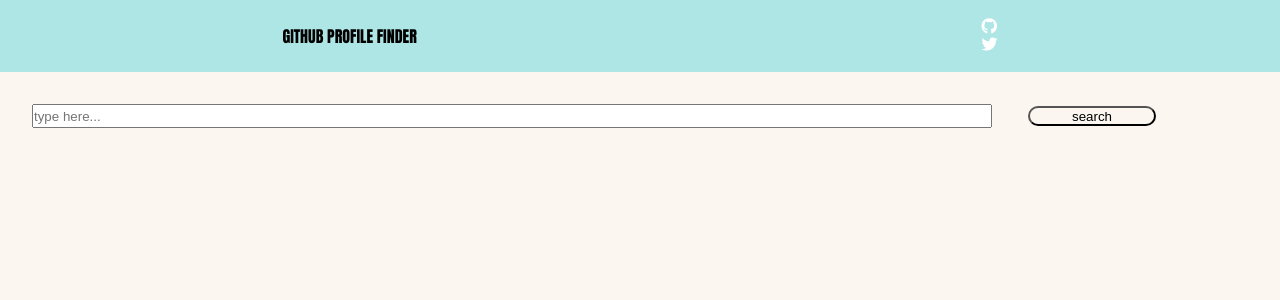
Repository: nilesjamex/githubprofilefinder
Page: index.html
These files come from the project's save history. The page is drawn as it stood at one moment and after the next save; the edit follows.
The browser window is 1280 px wide. The pictures show the whole page.

Above is the page before, as saved 2020-11-18 23:26:10.

After the next save:
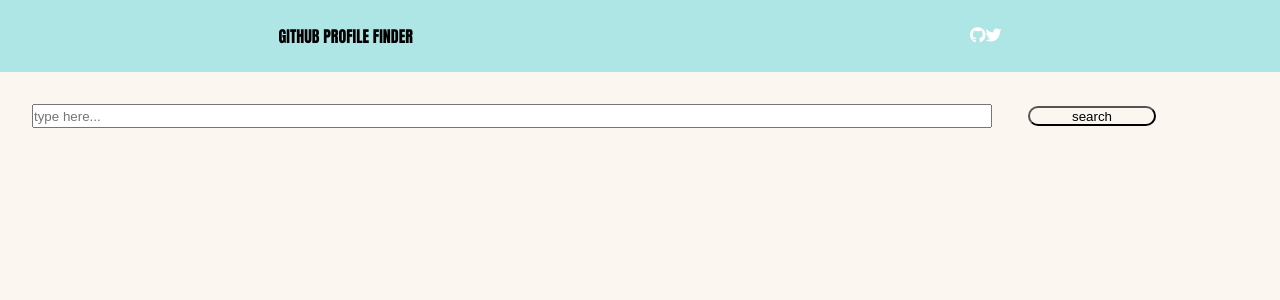
Saved 53 s later.
--- a/styles.css
+++ b/styles.css
@@ -16,6 +16,10 @@
 a{
     text-decoration: none;
     color: white;
+}
+ul{
+    display: flex;
+    justify-content: space-between;
 }
 li{
     list-style: none;
